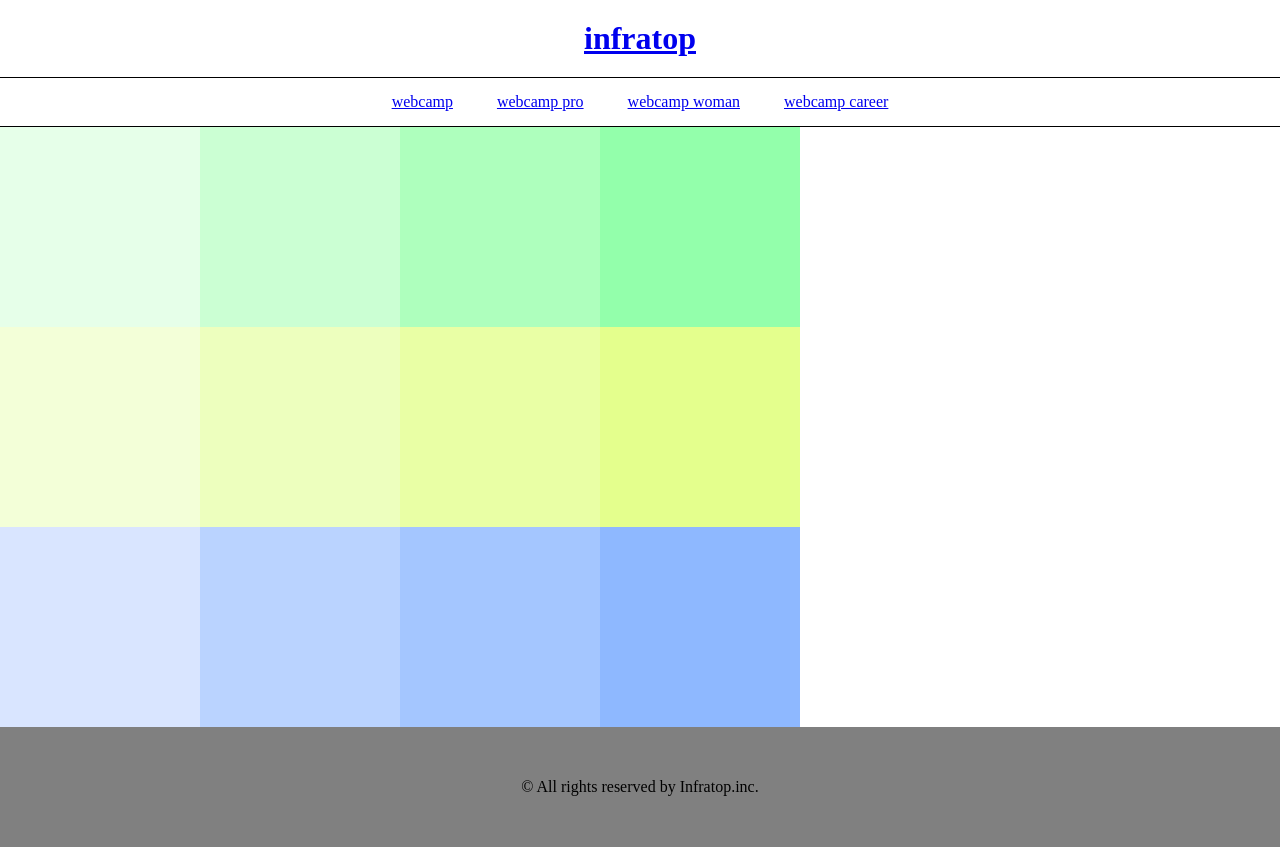
Repository: ryo32sun/Html-Practice
Page: practice/chapter5.html
The author's editor kept a record of every edit. The page is drawn from the files as they stood at one moment, then again after the next edit.
The browser window is 1280 px wide. The pictures show the whole page.

Above is the page before.

After the next edit:
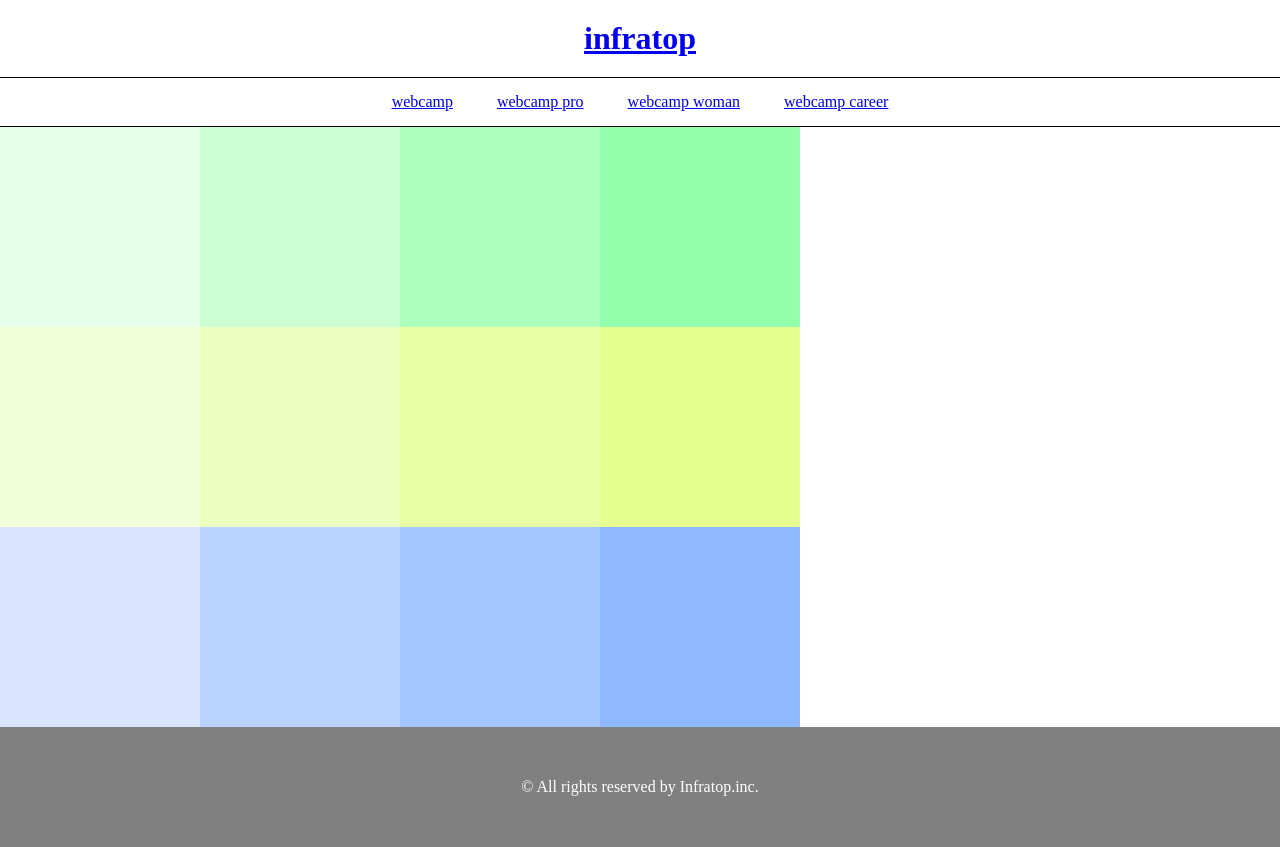
The edit:
--- a/practice/chapter5.css
+++ b/practice/chapter5.css
@@ -114,4 +114,5 @@
 
 .footer {
   line-height: 120px;
+  color: #fff;
 }
